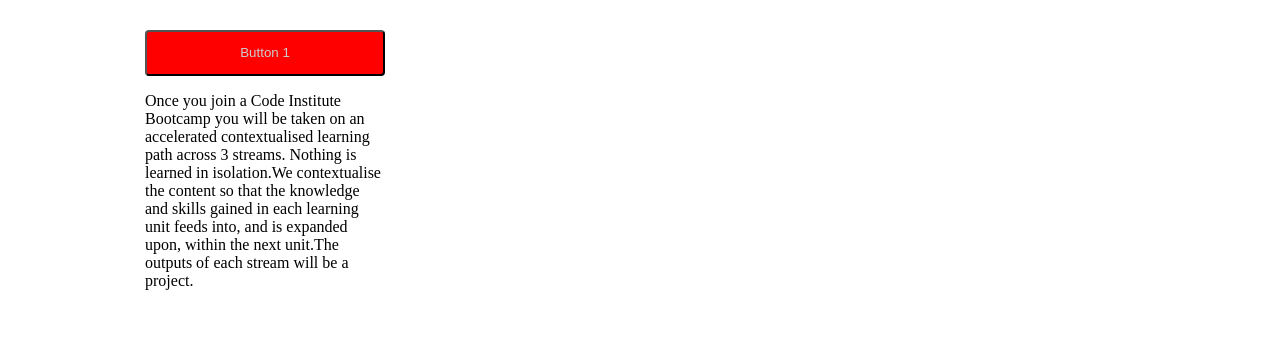
Repository: LiamB123/jQuery-Mini-Events
Page: button.html
The author's editor kept a record of every edit. The page is drawn from the files as they stood at one moment, then again after the next edit.
The browser window is 1280 px wide. The pictures show the whole page.
Some web libraries are served in a nearby version.

Above is the page before.
Console error: SyntaxError: Invalid or unexpected token

After the next edit:
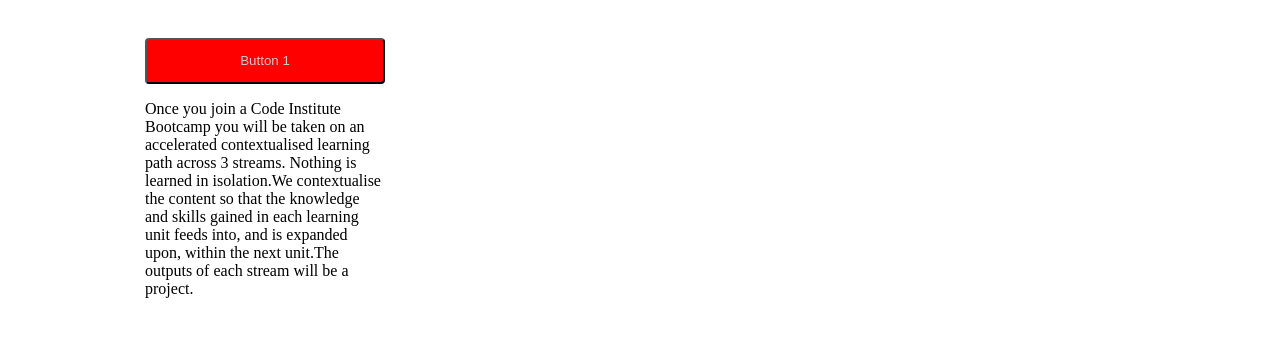
The edit:
--- a/style.css
+++ b/style.css
@@ -1,7 +1,7 @@
 #container
 {
-	display: flex		/* makes container a flexbox*/
-	flex-flow: row wrap; 	/* layout the boxes in rows and wrap them*/
+	display: flex;		/* makes container a flexbox*/
+	flex-flow: wrap; 	/* layout the boxes in rows and wrap them*/
 	box-sizing:border-box;
 	margin-right:auto;
 	margin-left:auto;
